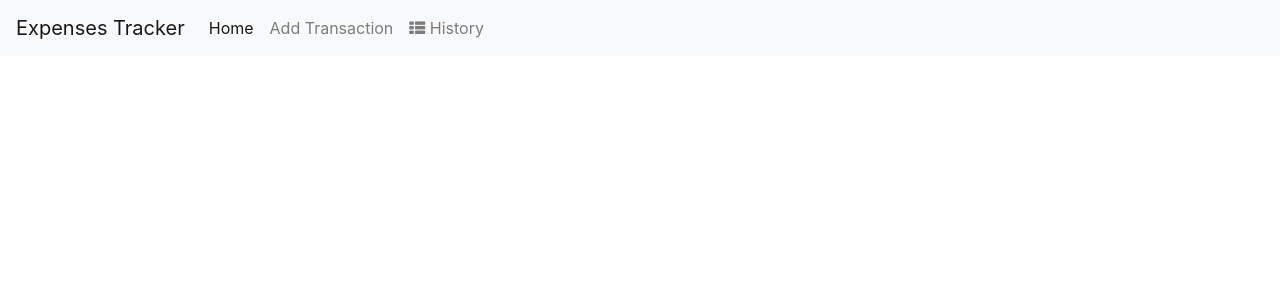
Repository: yucheng91/CI3-expenses-manager
Page: http://localhost/home
The author's editor kept a record of every edit. The page is drawn from the files as they stood at one moment, then again after the next edit.
The browser window is 1280 px wide. The pictures show the whole page.
The page is served by the project's application, run on Flask 3 (app.py).

Above is the page before.

After the next edit:
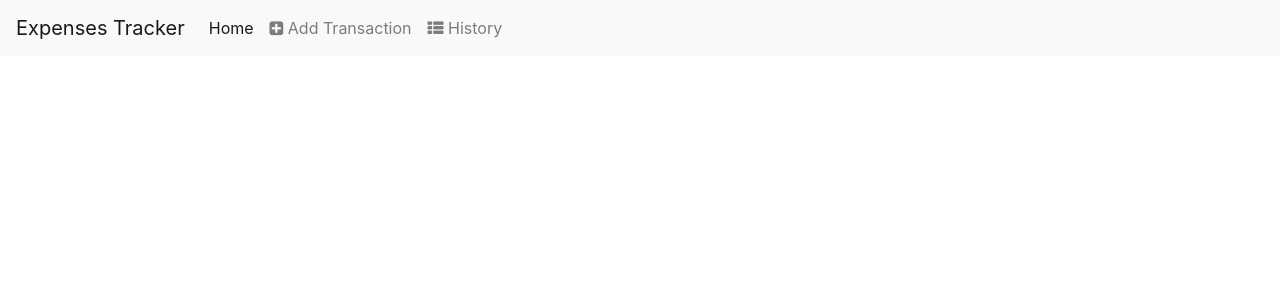
The edit:
--- a/templates/index.html
+++ b/templates/index.html
@@ -27,7 +27,7 @@
         <a class="nav-link" href="{{ url_for('home') }}">Home <span class="sr-only">(current)</span></a>
       </li>
       <li class="nav-item">
-        <a class="nav-link" href="{{ url_for('addtransaction') }}">Add Transaction</a>
+        <a class="nav-link" href="{{ url_for('addtransaction') }}"><i class="fa fa-plus-square" aria-hidden="true"></i> Add Transaction</a>
       </li>
       <li class="nav-item">
         <a class="nav-link" href="{{ url_for('viewall') }}"><i class="fa fa-th-list" aria-hidden="true"></i> History</a>
